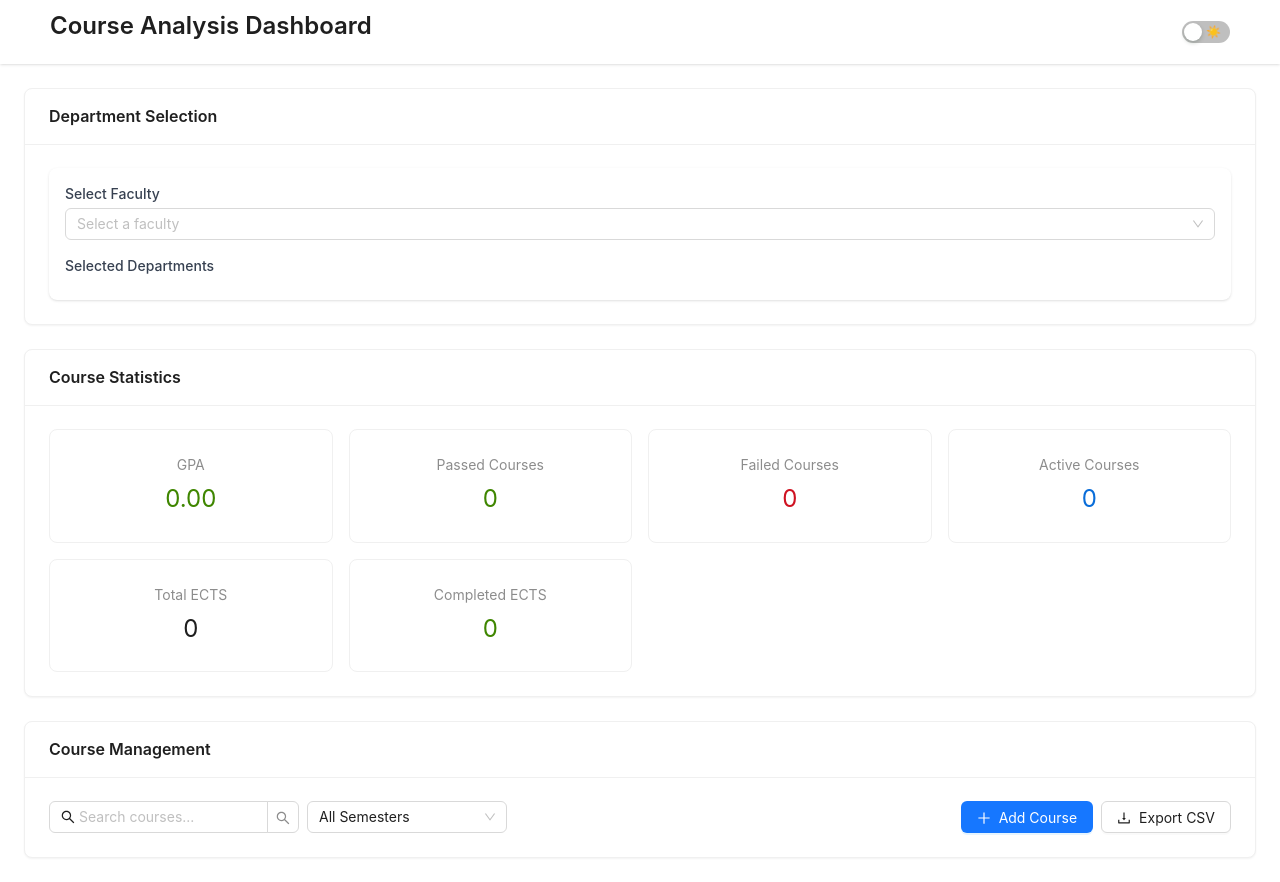
Repository: heudev/ieu-eduanalyzer
Page: /
An editor plug-in stored every save of this project. The page is shown before and after the next save, followed by the edit.
The browser window is 1280 px wide. The pictures show the whole page.
The project was rebuilt for these pictures with package versions that can differ from the ones it lists, and the page was loaded fresh each time. Also part of the build but not shown: vite.config.ts.

Above is the page before, as saved 2025-01-17 00:26:23.

After the next save:
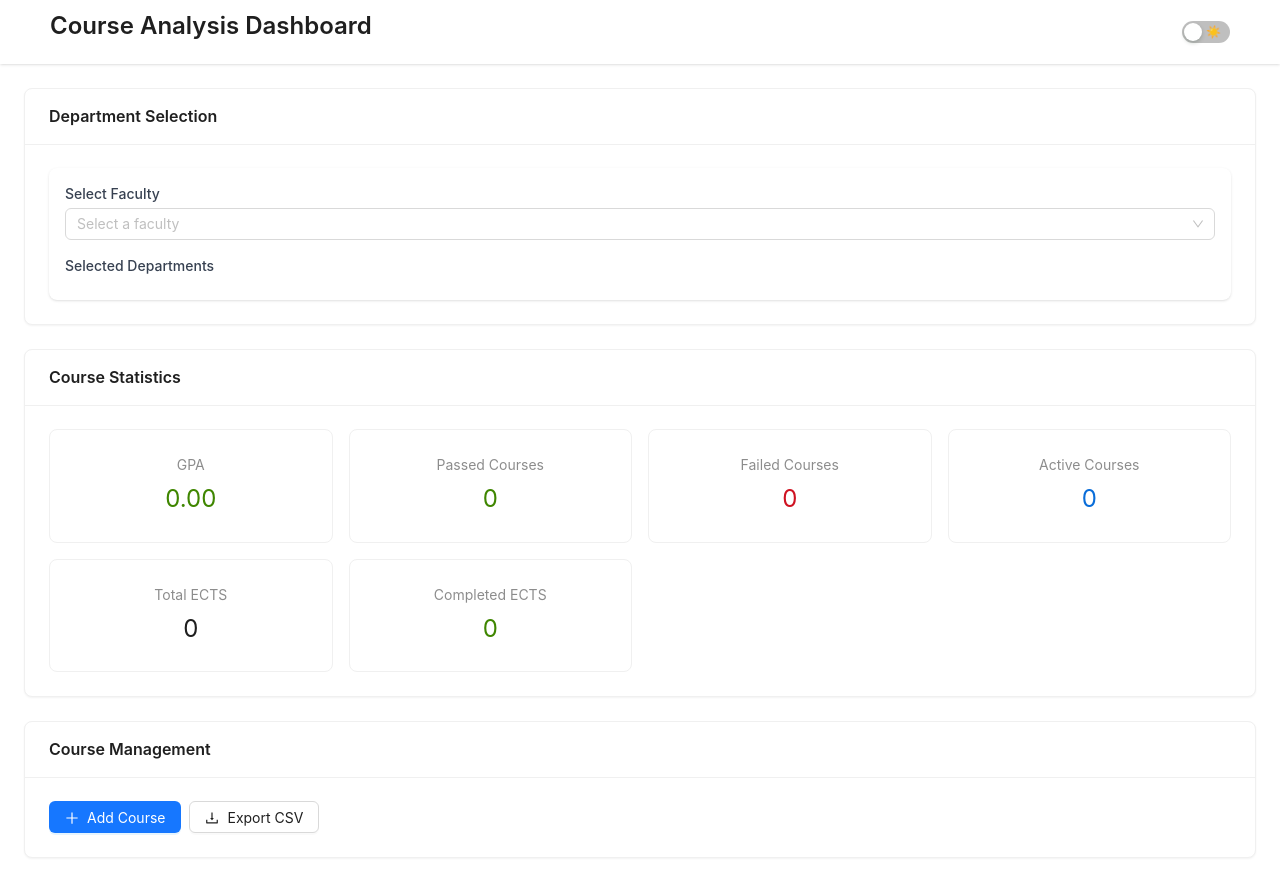
Saved 4 min 30 s later.
--- a/src/components/CourseTable.tsx
+++ b/src/components/CourseTable.tsx
@@ -1,12 +1,11 @@
 import React, { useState } from 'react';
-import { Table, Select, Button, Space, Input, Modal, Form, InputNumber } from 'antd';
+import { Table, Select, Button, Space, Modal, Form, InputNumber, Input } from 'antd';
 import { useDispatch, useSelector } from 'react-redux';
 import { Course, LetterGrade, CourseStatus } from '../types';
 import { updateCourse, addCourse } from '../store/courseSlice';
-import { SearchOutlined, PlusOutlined, DownloadOutlined } from '@ant-design/icons';
+import { PlusOutlined, DownloadOutlined } from '@ant-design/icons';
 
 const { Option } = Select;
-const { Search } = Input;
 
 interface RootState {
     course: {
@@ -17,20 +16,28 @@ interface RootState {
 const CourseTable: React.FC = () => {
     const dispatch = useDispatch();
     const courses = useSelector((state: RootState) => state.course.courses);
-    const [searchText, setSearchText] = useState('');
     const [isModalVisible, setIsModalVisible] = useState(false);
-    const [selectedSemester, setSelectedSemester] = useState<string>('all');
     const [form] = Form.useForm();
 
     const letterGrades: LetterGrade[] = ['AA', 'BA', 'BB', 'CB', 'CC', 'DC', 'DD', 'FF', 'NA'];
     const courseStatuses: CourseStatus[] = ['PASSED', 'FAILED', 'TAKING', 'NOT_TAKEN'];
 
     const handleGradeChange = (courseId: string, letterGrade: LetterGrade) => {
-        dispatch(updateCourse({ courseId, updates: { letterGrade } }));
+        let status: CourseStatus = 'NOT_TAKEN';
+        if (letterGrade === 'FF' || letterGrade === 'NA') {
+            status = 'FAILED';
+        } else if (letterGrade !== 'NA') {
+            status = 'PASSED';
+        }
+        dispatch(updateCourse({ courseId, updates: { letterGrade, status } }));
     };
 
     const handleStatusChange = (courseId: string, status: CourseStatus) => {
-        dispatch(updateCourse({ courseId, updates: { status } }));
+        let letterGrade: LetterGrade = 'NA';
+        if (status === 'FAILED') {
+            letterGrade = 'FF';
+        }
+        dispatch(updateCourse({ courseId, updates: { status, letterGrade } }));
     };
 
     const handleAddCourse = () => {
@@ -58,7 +65,7 @@ const CourseTable: React.FC = () => {
     const handleExport = () => {
         const csvContent = [
             ['Code', 'Name', 'ECTS', 'Letter Grade', 'Status', 'Semester'],
-            ...filteredCourses.map(course => [
+            ...courses.map(course => [
                 course.code,
                 course.name,
                 course.ects,
@@ -74,13 +81,6 @@ const CourseTable: React.FC = () => {
         link.download = 'courses.csv';
         link.click();
     };
-
-    const filteredCourses = courses.filter(course => {
-        const matchesSearch = course.code.toLowerCase().includes(searchText.toLowerCase()) ||
-            course.name.toLowerCase().includes(searchText.toLowerCase());
-        const matchesSemester = selectedSemester === 'all' || course.semester?.includes(selectedSemester);
-        return matchesSearch && matchesSemester;
-    });
 
     const uniqueSemesters = Array.from(new Set(courses.map(course => course.semester)));
 
@@ -178,25 +178,6 @@ const CourseTable: React.FC = () => {
         <div className="space-y-4">
             <div className="flex flex-wrap gap-4 items-center justify-between">
                 <Space>
-                    <Search
-                        placeholder="Search courses..."
-                        onChange={e => setSearchText(e.target.value)}
-                        style={{ width: 250 }}
-                        prefix={<SearchOutlined />}
-                    />
-                    <Select
-                        style={{ width: 200 }}
-                        value={selectedSemester}
-                        onChange={setSelectedSemester}
-                        placeholder="Filter by semester"
-                    >
-                        <Option value="all">All Semesters</Option>
-                        {uniqueSemesters.map(sem => (
-                            <Option key={sem} value={sem}>{sem}</Option>
-                        ))}
-                    </Select>
-                </Space>
-                <Space>
                     <Button
                         type="primary"
                         icon={<PlusOutlined />}
@@ -216,11 +197,11 @@ const CourseTable: React.FC = () => {
             {uniqueSemesters.map(semester => (
                 <div key={semester} className="mb-8">
                     <h3 className="text-lg font-semibold mb-2">
-                        {semester} - Dönem Ortalaması: {calculateSemesterAverage(filteredCourses.filter(course => course.semester === semester))}
+                        {semester} - Dönem Ortalaması: {calculateSemesterAverage(courses.filter(course => course.semester === semester))}
                     </h3>
                     <Table
                         columns={columns}
-                        dataSource={filteredCourses.filter(course => course.semester === semester)}
+                        dataSource={courses.filter(course => course.semester === semester)}
                         rowKey="code"
                         className="bg-white rounded-lg shadow"
                         pagination={false}
